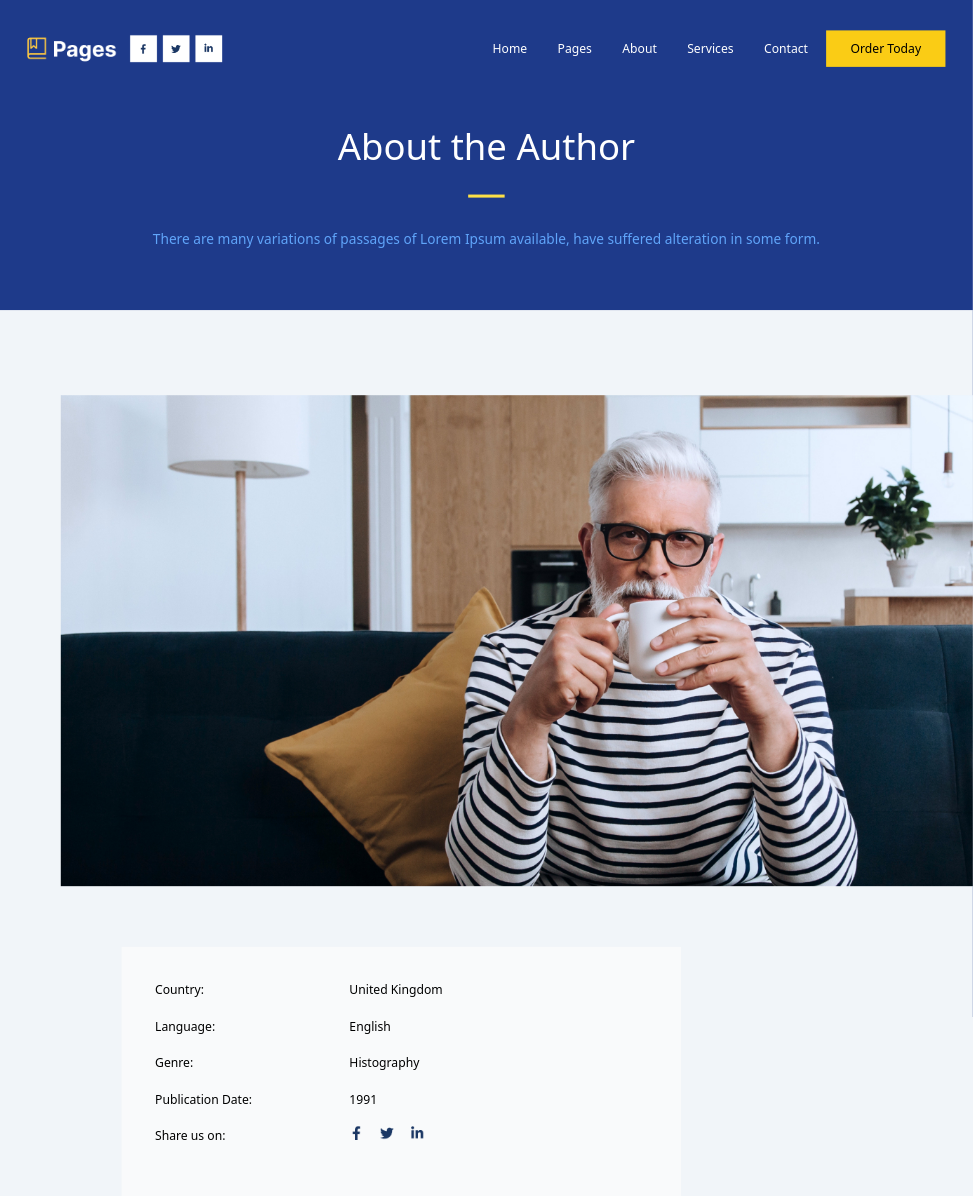
Repository: Godnorg/Class3
Page: index.html
These files come from the project's save history. The page is drawn as it stood at one moment and after the next save; the edit follows.
The browser window is 1280 px wide. The pictures show the whole page, at 76% of full size.
Some web libraries are served in a nearby version.

Above is the page before, as saved 2023-02-19 03:08:21.

### index.html
<!DOCTYPE html>
<html lang="en">
<head>
    <meta charset="UTF-8">
    <meta http-equiv="X-UA-Compatible" content="IE=edge">
    <meta name="viewport" content="width=device-width, initial-scale=1.0">
    <title>Class3</title>
    <script src="https://cdn.tailwindcss.com"></script>
</head>
<body class="w-full bg-blue-900">
<div class="flex items-center justify-between w-full pt-10 mx-auto px-9 max-w-7xl">
    <div class="flex gap-4 ">
    <img src="./Logo.png">
    <img src="./soc-icons.png" class="h-9">
    </div>
    <div class="flex gap-6">
        <ul class="flex items-center gap-10 text-white">
            <li><a href="#">Home</a></li>
            <li><a href="#">Pages</a></li>
            <li><a href="#">About</a></li>
            <li><a href="#">Services</a></li>
            <li><a href="#">Contact</a></li>
        </ul>
        <button class="px-8 py-3 mx-auto bg-yellow-400 font-sans-serif">Order Today</button>
    </div>
    </div>
    <div class="items-center mx-auto">
    <h1 class="items-center pt-20 pb-10 text-5xl text-center text-white">About the Author</h1>
        <div
            class="items-center w-12 h-1 mx-auto text-center bg-yellow-300">
        </div>
        <p class="items-center pt-10 pb-20 mx-auto text-lg text-center text-blue-400">There are many variations of passages of Lorem Ipsum available, have suffered alteration in some form.</p>
    </div>
    <div class= "bg-slate-100">
        <div class="relative w-full pb-20 pl-20 mx-auto pt-28 max-w-7xl">
        <img src="./oldman2.jpg">
        </div>
        <div class="ml-40 mr-96 bg-gray-50">
            <div class="flex mt-0 pt-11 px-11 pb-11">
                <div class="pr-32">
                <h2 class="pb-6">Country:</h2>
                <h2 class="pb-6">Language:</h2>
                <h2 class="pb-6">Genre:</h2>
                <h2 class="pb-6">Publication Date:</h2>
                <h2 class="pb-6">Share us on:</h2>
                </div>
                <div class="p-0">
                <p class="pb-6 pl-0">United Kingdom</p>
                <p class="pb-6">English</p>
                <p class="pb-6">Histography</p>
                <p class="pb-6">1991</p>
                <img src="./socialmedia.png" class="pb-6">
                </div>
            </div>
        </div>
    </div>

</body>
</html>

After the next save:
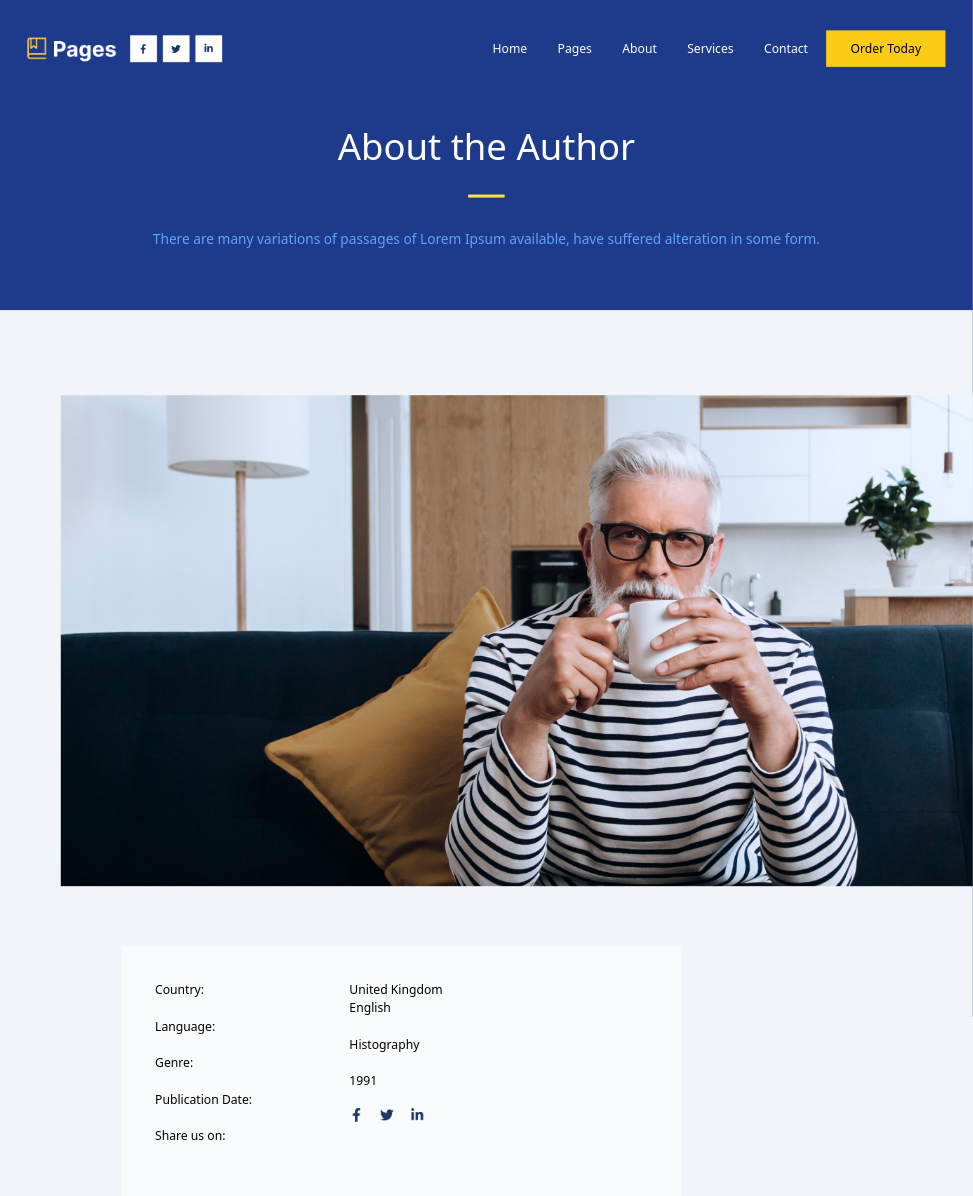
Saved 6 s later.
--- a/index.html
+++ b/index.html
@@ -45,7 +45,7 @@
                 <h2 class="pb-6">Share us on:</h2>
                 </div>
                 <div class="p-0">
-                <p class="pb-6 pl-0">United Kingdom</p>
+                <p class="pb-">United Kingdom</p>
                 <p class="pb-6">English</p>
                 <p class="pb-6">Histography</p>
                 <p class="pb-6">1991</p>
